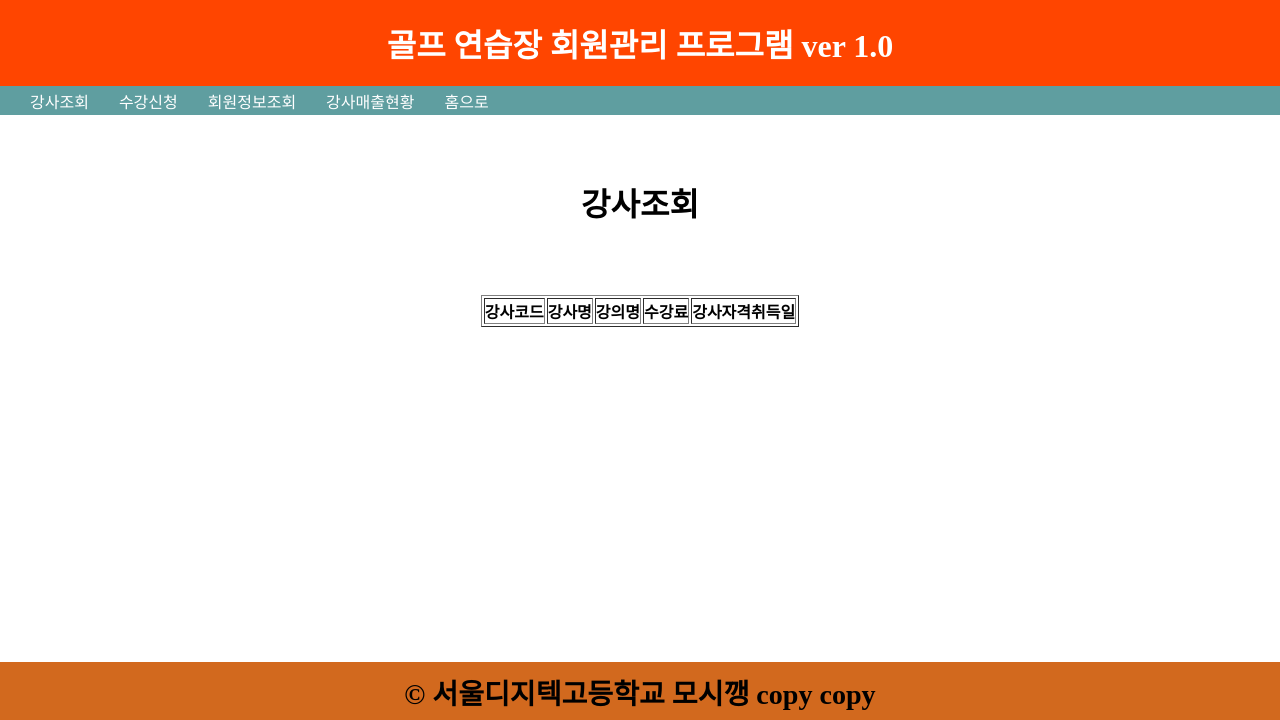
Repository: balhyo-younjisang/DigitechJSP
Page: http://localhost/golf/teacher.jsp
An editor plug-in stored every save of this project. The page is shown before and after a run of saves, followed by the edit.
The browser window is 1280 px wide. The pictures show the whole page.
The page is served by Tomcat 9. Queries for data that is not in the repository find no rows.

Above is the page before, as saved 2025-04-11 04:03:40.

### pizza0403/golf/src/main/webapp/teacher.jsp
<%@page import="java.sql.ResultSet"%>
<%@page import="java.sql.PreparedStatement"%>
<%@page import="golf.DBConnection"%>
<%@page import="java.sql.Connection"%>
<%@ page language="java" contentType="text/html; charset=UTF-8"
	pageEncoding="UTF-8"%>
<%
	Connection conn = DBConnection.getConnection();
	String sql = "SELECT teacher_cd, teacher_nm, class_nm, TRIM(TO_CHAR(class_price, 'L999,999,999')) class_price, TO_CHAR(TO_DATE(register_date), 'yyyy\"년\"mm\"월\"dd\"일\"') register_date  from tbl_teacher_202305";
	PreparedStatement pstmt = conn.prepareStatement(sql);
	ResultSet rs = pstmt.executeQuery();
%>
<!DOCTYPE html>
<html>
<head>
<meta charset="UTF-8">
<title>골프 연습장 회원관리 프로그램 ver 1.0</title>
<link rel="stylesheet" href="./css/style.css">
</head>
<body>
	<%@ include file="./component/header.jsp"%>
	<main>
		<section class="title">
			<h2>강사조회</h2>
		</section>
		<section class="content">
			<form>
				<table border="1">
					<tr>
						<th>강사코드</th>
						<th>강사명</th>
						<th>강의명</th>
						<th>수강료</th>
						<th>강사자격취득일</th>
					</tr>
					<% while(rs.next()) { %>
					<tr>
						<td><%=rs.getString("teacher_cd") %></td>
						<td><%=rs.getString("teacher_nm") %></td>
						<td><%=rs.getString("class_nm") %></td>
						<td><%=rs.getString("class_price") %></td>
						<td><%=rs.getString("register_date") %></td>
					</tr>
					<% } %>
				</table>
			</form>
		</section>
	</main>
	<%@ include file="./component/footer.jsp"%>
</body>
<%
	DBConnection.close(rs, pstmt, conn);
%>
</html>

### pizza0403/golf/src/main/webapp/component/header.jsp
<%@ page language="java" contentType="text/html; charset=UTF-8"
	pageEncoding="UTF-8"%>
<header>
	<div>
		<h1>골프 연습장 회원관리 프로그램 ver 1.0</h1>
	</div>
	<nav>
		<ul class="gnb">
			<li><a href="teacher.jsp">강사조회</a></li>
			<li><a href="register.jsp">수강신청</a></li>
			<li><a href="select.jsp">회원정보조회</a></li>
			<li><a href="cost.jsp">강사매출현황</a></li>
			<li><a href="index.jsp">홈으로</a></li>
		</ul>
	</nav>
</header>

### pizza0403/golf/src/main/webapp/component/footer.jsp
<%@ page language="java" contentType="text/html; charset=UTF-8"
    pageEncoding="UTF-8"%>
<footer>
	<h3>
		&copy; 서울디지텍고등학교 모시깽 copy copy
	</h3>
</footer>

### pizza0403/golf/src/main/java/golf/DBConnection.java
package golf;

import java.sql.Connection;
import java.sql.DriverManager;
import java.sql.PreparedStatement;
import java.sql.ResultSet;

public class DBConnection {
	public static Connection getConnection() {
		Connection conn = null;
		try {
			Class.forName("oracle.jdbc.OracleDriver");
			conn = DriverManager.getConnection("jdbc:oracle:thin:@localhost:1521:xe", "system", "1234");
		} catch (Exception e) {
			System.out.println("DBConnection Failed :: e");
			e.printStackTrace();
		}

		return conn;
	}

	public static void close(PreparedStatement pstmt, Connection conn) {
		try {
			if(pstmt != null) pstmt.close();
			if(conn != null) conn.close();
		} catch (Exception e) {
			System.out.println("DBConnection close Failed :: e");
			e.printStackTrace();
		}
	}

	public static void close(ResultSet rs, PreparedStatement pstmt, Connection conn) {
		try {
			if(rs != null) rs.close();
			if(pstmt != null) pstmt.close();
			if(conn != null) conn.close();
		} catch (Exception e) {
			System.out.println("DBConnection close Failed :: e");
			e.printStackTrace();
		}
	}
}

### pizza0403/golf/src/main/webapp/css/style.css
@charset "UTF-8";

* {
	margin: 0;
	padding: 0;
	box-sizing: border-box;
}

a {
	text-decoration: none;
	color: inherit;
}

ul, li {
	list-style: none;
}

header {
	width: 100vw;
	height: 16vh;
}

header div {
	display: flex;
	align-items: center;
	justify-content: center;
	height: 12vh;
	background-color: orangered;
	color: white;
}

nav .gnb {
	display: flex;
	align-items: center;
	gap: 30px;
	padding-left: 30px;
	height: 4vh;
	background-color: cadetblue;
	color: white;
}

main {
	width: 100vw;
	height: calc(100vh - 16vh - 8vh);
}

main .title h2 {
	text-align: center;
	font-size: 32px;
	line-height: 180px;
	font-weight: bold;
}

main .content table tr {
	padding: 5px 15px;
	text-align: center;
}

main .content {
	width: 100vw;
	display: flex;
	align-items: center;
	justify-content: center;
}

footer {
	width: 100vw;
	position: fixed;
	height: 8vh;
	bottom: 0;
	left: 0;
	background-color: chocolate;
	display: flex;
	align-items: center;
	justify-content: center;
	font-size: 24px;
}

After the next 2 saves:
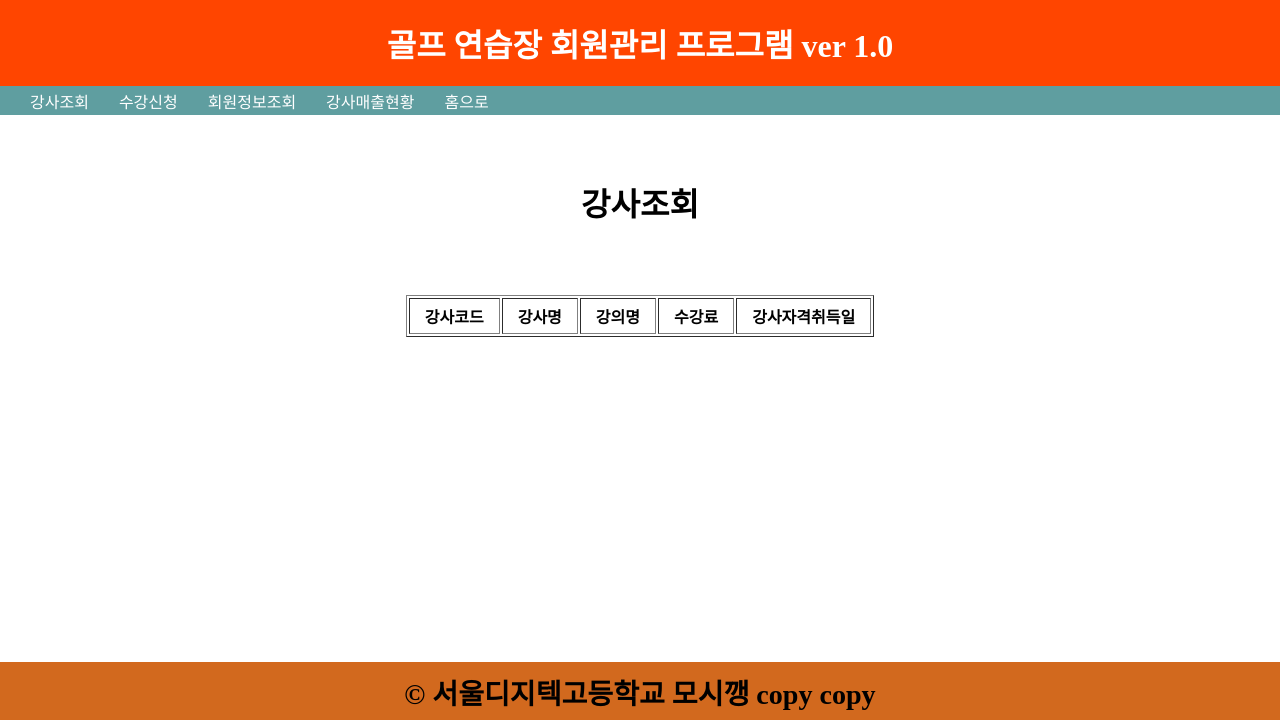
The 2 saves are shown as one change because they came seconds apart.
The last was saved 29 s later.
--- a/pizza0403/golf/src/main/webapp/css/style.css
+++ b/pizza0403/golf/src/main/webapp/css/style.css
@@ -52,8 +52,11 @@ main .title h2 {
 }
 
 main .content table tr {
+	text-align: center;
+}
+
+main .content table th, td {
 	padding: 5px 15px;
-	text-align: center;
 }
 
 main .content {
